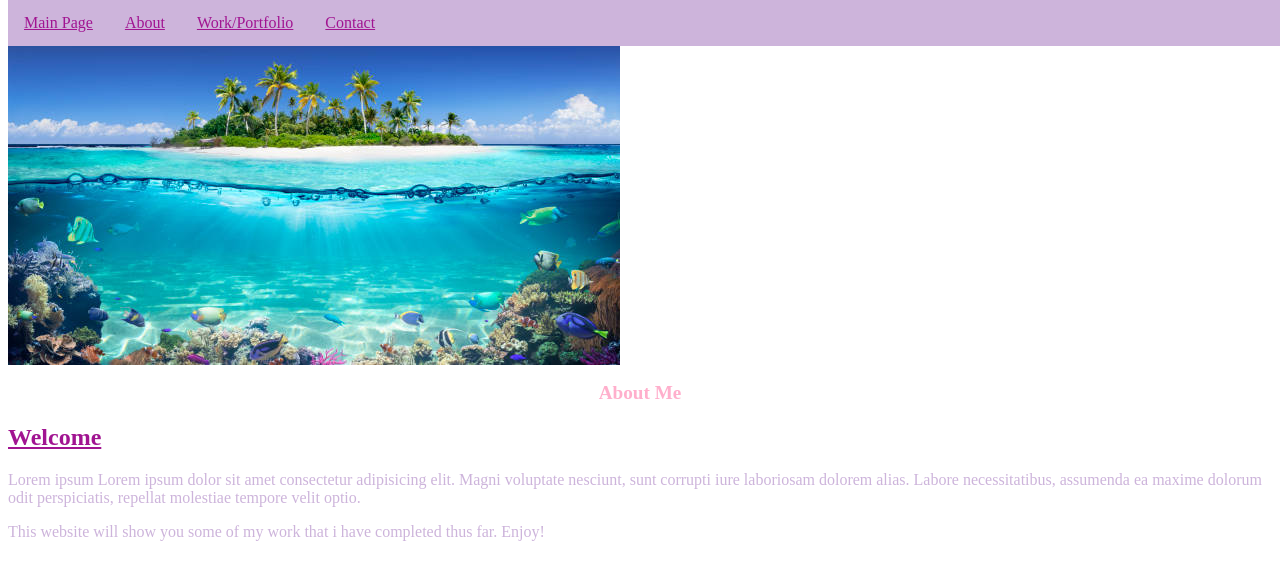
Repository: MelindaN14/My-Personal-Website
Page: about.html
An editor plug-in stored every save of this project. The page is shown before and after a run of saves, followed by the edit.
The browser window is 1280 px wide. The pictures show the whole page.

Above is the page before, as saved 2024-03-25 22:10:54.

After the next 2 saves:
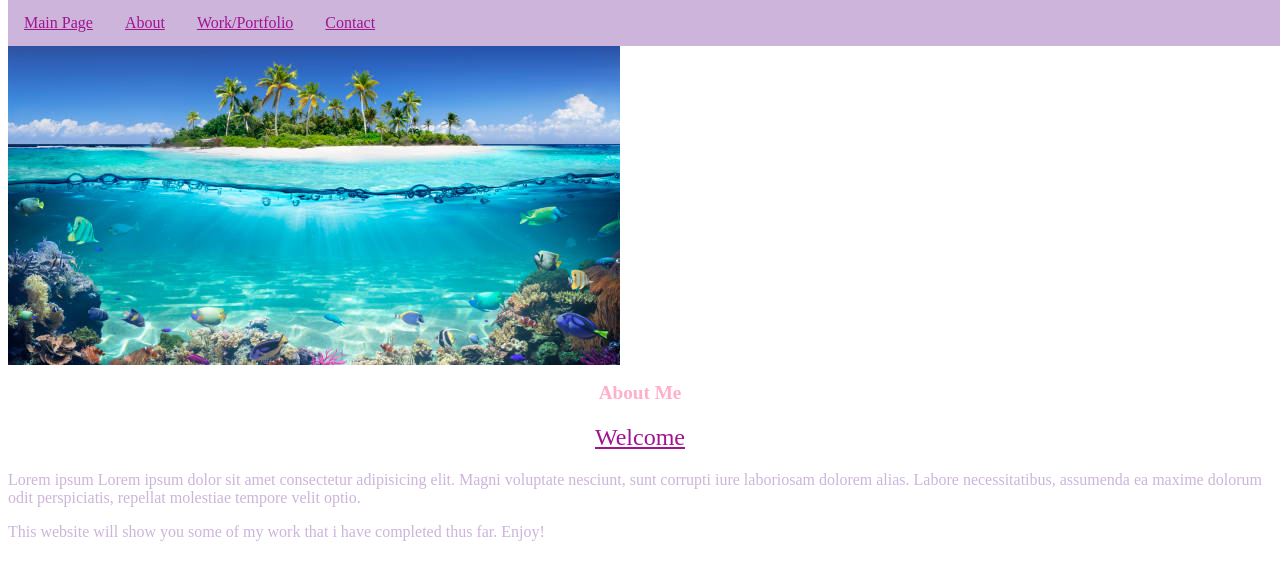
The 2 saves are shown as one change because they came seconds apart.
The last was saved 7 s later.
--- a/style.css
+++ b/style.css
@@ -35,7 +35,7 @@ h1 {
 }
 h2{
     color:#a11491;
-    fon
+    font-weight: 500;
     text-align: center;
     text-decoration: underline;
 }
